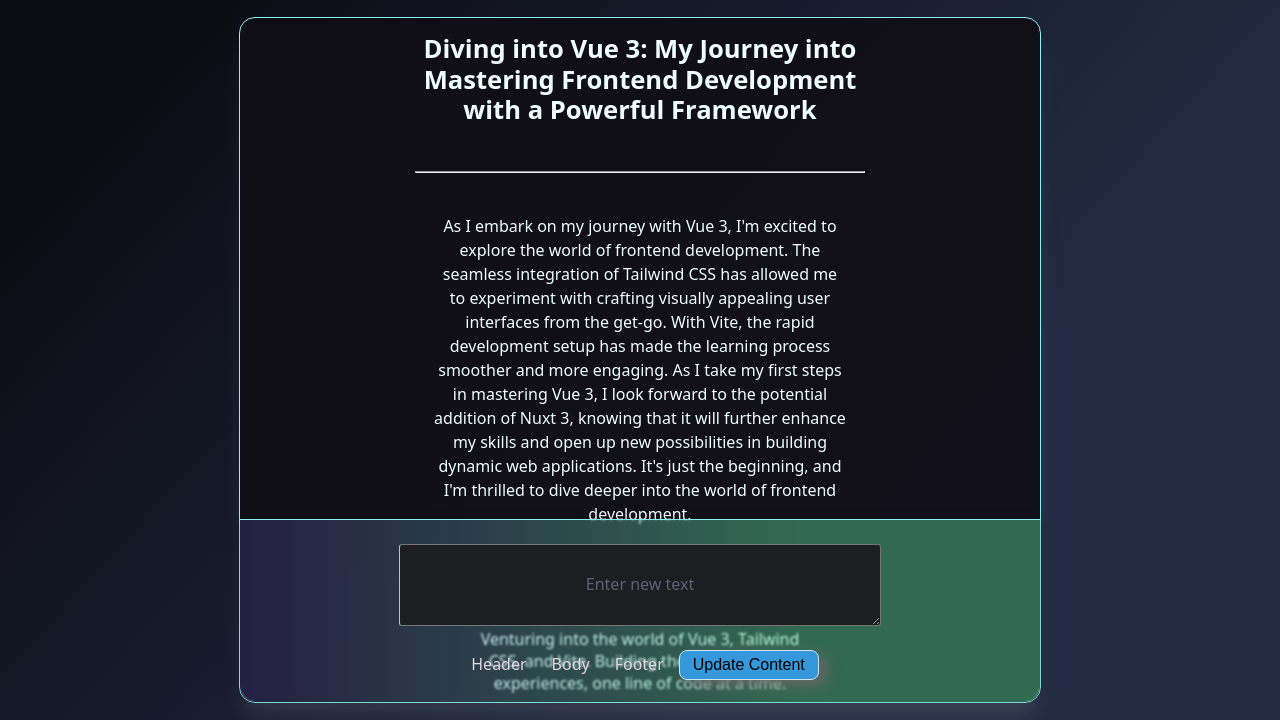
Repository: Freezler/AnnounceCraft
Page: index.html
The author's editor kept a copy of each file at every save. The page is drawn from the files as they stood at one save, then again after a run of saves.
The browser window is 1280 px wide. The pictures show the whole page.

Above is the page before, as saved 2024-01-22 14:38:04.

After the next 3 saves:
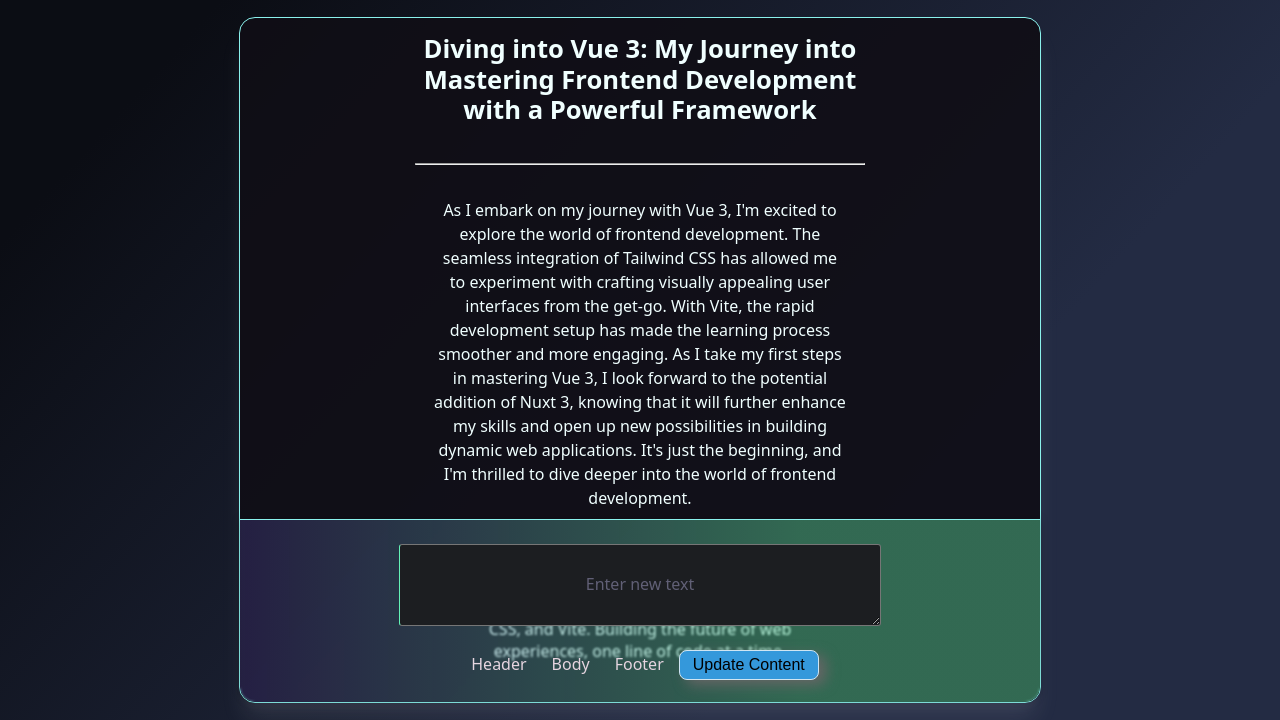
The 3 saves are shown as one change because they came seconds apart.
The last was saved 13 s later.
--- a/style.css
+++ b/style.css
@@ -66,13 +66,10 @@
 }
 
 hr {
-    margin: -2rem;
-    padding: -2rem;
-
 
     width: 35vw;
     align-self: center;
-    margin: 16px;
+
 }
 
 label {
